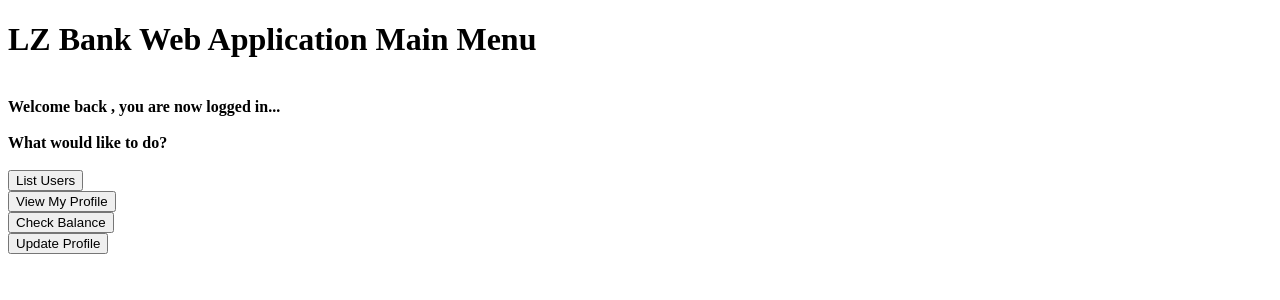
Repository: kingron98/SoftEng-Bank-Web-Application-
Page: http://localhost/SE3_BankWebApp/loginSuccess.jsp
These files come from the project's save history. The page is drawn as it stood at one moment and after the next save; the edit follows.
The browser window is 1280 px wide. The pictures show the whole page.
The page is served by Tomcat 9.

Above is the page before, as saved 2020-12-11 22:07:53.

After the next save:
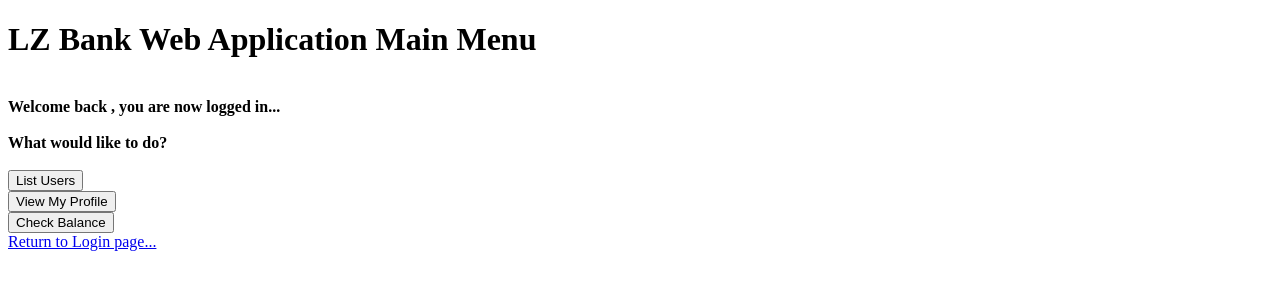
Saved 5 min 56 s later.
--- a/SE3 Bank App/Java/Workspace/SE3_BankWebApp/WebContent/loginSuccess.jsp
+++ b/SE3 Bank App/Java/Workspace/SE3_BankWebApp/WebContent/loginSuccess.jsp
@@ -35,11 +35,8 @@
 	     <input type="hidden" name="action" value="CheckBalance" />
          <input type="submit" value="Check Balance" />
     </form>
-    <form action="FrontController" method="post">
-	     <input type="hidden" name="action" value="UpdateProfile" />
-         <input type="submit" value="Update Profile" />
-    </form>
 
+	<a href="login.html">Return to Login page...</a>
 </body>
 
 </html>
